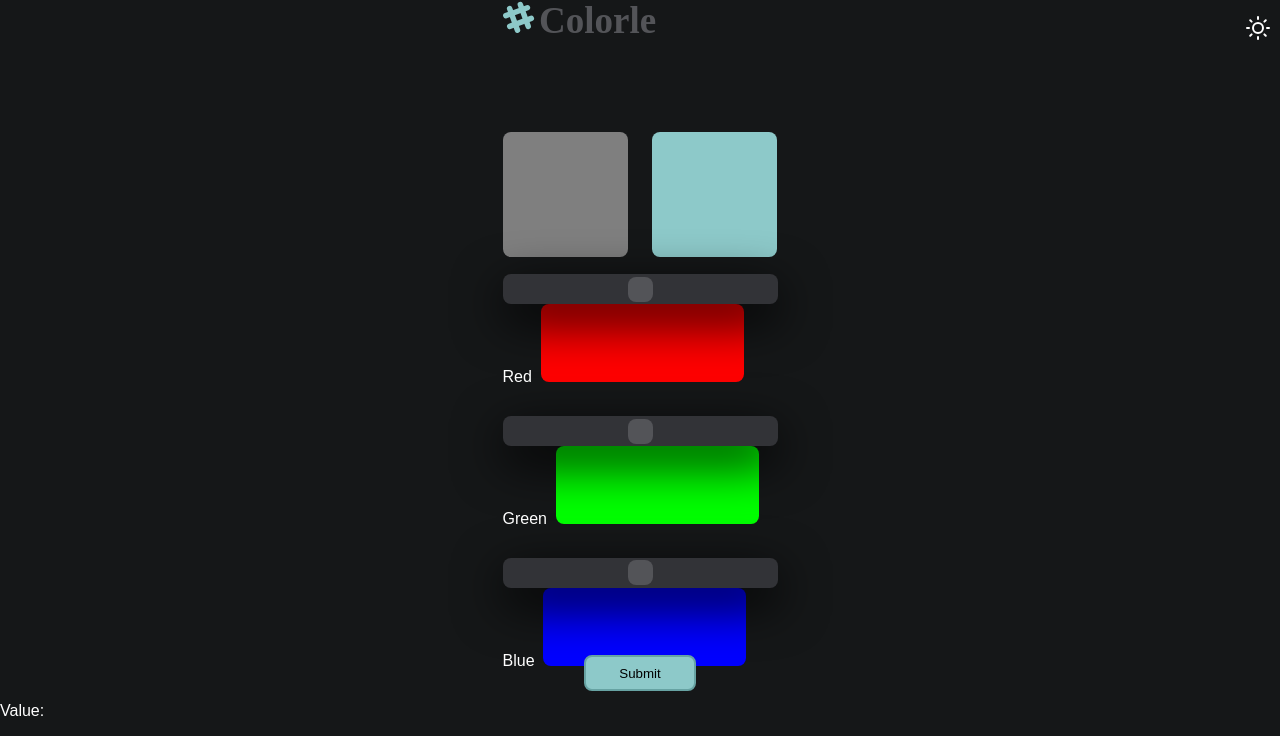
Repository: Artem-Melnik/Colorle
Page: index.html
An editor plug-in stored every save of this project. The page is shown before and after the next save, followed by the edit.
The browser window is 1280 px wide. The pictures show the whole page.

Above is the page before, as saved 2022-05-14 21:57:28.

### index.html
<!-- TODO: Change text/icon color -->
<!-- TODO: Represent guess correctness using Linear-style icons -->
<!-- TODO: Replace Colorle text logo with SVG/image due to font problems -->
<!-- TODO: Add textboxes where player can enter exact RGB values -->
<!DOCTYPE html>
<html>
  <head>
    <title>Parcel Sandbox</title>
    <link rel="stylesheet" href="styles.css">
    <meta charset="UTF-8" />
    <meta name="viewport" content="width=device-width" />
  </head>

  <script
    src="https://ajax.googleapis.com/ajax/libs/jquery/3.6.0/jquery.min.js"
    type="text/javascript"
  ></script>
  <script
    src="https://ajax.googleapis.com/ajax/libs/jqueryui/1.13.1/jquery-ui.min.js"
    type="text/javascript"
  ></script>
  <!-- Host feather icons locally and remove CDN? -->
  <script src="https://unpkg.com/feather-icons"></script>
  <script>
      feather.replace();
    </script>
  <script type="module" src="index.js" type="text/javascript"></script>

  <body>
    <div id="app"></div>
    <div class="topBar">
      <div id="header">
        <img id="logo" src="assets/logo.svg">
        <p id="title">Colorle</p>
      </div>
      <p>
        <button type="button" id="themeToggle">
          <img src="assets/sun-icon.svg">
          <!-- <i id="themeIcon" data-feather="sun"></i> -->
        </button>
      </p>
    </div>

    <div id="topColors">
      <div id="previewAll"></div>
      <div id="correctColor"></div>
    </div>
    <div id="redContainer">
      <input
        type="range"
        min="0"
        max="255"
        value="128"
        class="slider"
        id="sliderRed"
      />
      <p class="currentColor" id="currentRed">Red</p>
      <p class="rating" id="ratingRed"></p>
      <div id="previewRed"></div>
    </div>
    <div id="greenContainer">
      <input
        type="range"
        min="0"
        max="255"
        value="128"
        class="slider"
        id="sliderGreen"
      />
      <p class="currentColor" id="currentGreen">Green</p>
      <p class="rating" id="ratingGreen"></p>
      <div id="previewGreen"></div>
    </div>
    <div id="blueContainer">
      <input
        type="range"
        min="0"
        max="255"
        value="128"
        class="slider"
        id="sliderBlue"
      />
      <p class="currentColor" id="currentBlue">Blue</p>
      <p class="rating" id="ratingBlue"></p>
      <div id="previewBlue"></div>
    </div>
    <div class="guessText">
      <p>Value: <span id="guessColor"></span></p>
    </div>
    <div class="buttonContainer">
      <button type="button" id="submitButton">Submit</button>
    </div>
  </body>
</html>

### styles.css
body {
  font-family: sans-serif;
  margin: 0;
  background: #151718;
  color: #ffffff;
}

.lightTheme {
  background: #ffffff;
  color: #151718;
}

/* Changes the correctColor gradient to dark/black */
/* .correctColorDark {
  background-image: linear-gradient(
    to bottom,
    rgba(0, 0, 0, 0),
    rgba(0, 0, 0, 1) 100%
  ) !important;
} */

#header {
  display: block;
  position: relative;
  margin-left: auto;
  margin-right: auto;
  margin-bottom: 7%;
  width: 275px;
  height: 42px;
  align-items: center;
}

#logo {
  position: relative;
  justify-content: center;
  /* align-items: center; */
  margin: none;
  width: 32px;
  height: 32px;
}

#title {
  font-family: "Asap";
  font-style: normal;
  font-weight: 700;
  font-size: 37px;
  line-height: 42px;
  display: inline-block;
  /* align-items: center; */
  /* text-align: center; */
  color: #535458;
  margin: 0px;
}

#themeToggle {
  width: 25px;
  height: 25px;
  position: absolute;
  right: 15px;
  top: 15px;
  color: grey;
  background: none;
  border: none;
  transform: scale(1);
  transition: all 0.5s;
}

#themeToggle:hover {
  transform: scale(1.2);
}

#themeIcon {
  color: grey;
  width: 25px;
  height: 25px;
  transform: scale(1);
  transition: all 0.5s;
}

#themeIcon.animate {
  color: grey;
  transform: scale(0);
}

.transform-active {
  /* background-color: blue;
  animation-name: darkToLight;
  animation-duration: 1s; */
  color: #151718;
}

.transform {
  -webkit-transition: all 2s ease;
  -moz-transition: all 2s ease;
  -o-transition: all 2s ease;
  -ms-transition: all 2s ease;
  transition: all 2s ease;
}

/* @keyframes darkTolight {
  0% {
    color: #ffffff;
  }
  100% {
    color: #151718;
  }
} */

/* #previewId {
  width: 100px;
  height: 100px;
  background-color: var(color);
  border: solid black;
} */

/* correctColor gradient */
/* #correctColor {
  position: absolute;
  top: 0px;
  width: 100%;
  height: 25%;
  background-color: var(color);
  margin: auto;
  background-image: linear-gradient(
    to bottom,
    rgba(255, 255, 255, 0),
    rgba(255, 255, 255, 1) 100%
  );
  z-index: -1;
} */

#topColors {
  width: 275px;
  margin: auto;
}

#correctColor {
  display: inline-block;
  position: relative;
  width: 125px;
  height: 125px;
  border-radius: 8px;
  margin-left: 10px;
}

#previewAll {
  background-color: rgb(127, 127, 127);
  display: inline-block;
  position: relative;
  width: 125px;
  height: 125px;
  border-radius: 8px;
  order: 1;
  margin-right: 10px;
}

#redContainer,
#greenContainer,
#blueContainer {
  display: auto;
  justify-content: center;
  margin: auto;
  width: 275px;
}

#sliderRed,
#sliderGreen,
#sliderBlue {
  display: block;
  -webkit-appearance: none;
  -moz-appearance: none;
  appearance: none;
  background: #323337;
  width: 275px;
  height: 30px;
  top: 100px;
  border-radius: 8px;
  margin: auto;
  margin-top: 5%;
  filter: drop-shadow(0px 15px 25px #000000);
}

#sliderRed::-webkit-slider-thumb,
#sliderGreen::-webkit-slider-thumb,
#sliderBlue::-webkit-slider-thumb {
  -webkit-appearance: none;
  appearance: none;
  width: 25px;
  height: 25px;
  background: #535458;
  cursor: pointer;
  border-radius: 8px;
}

#currentRed,
#currentGreen,
#currentBlue,
#ratingRed,
#ratingGreen,
#ratingBlue {
  display: inline-block;
  position: relative;
}

#previewRed,
#previewGreen,
#previewBlue {
  display: inline-block;
  position: relative;
  width: 203px;
  height: 78px;
  /* background-color: var(color); */
  /* border: solid black; */
  border-radius: 8px;
  margin: auto;
  z-index: -1;
}

#previewRed {
  background-color: rgb(255, 0, 0);
}

#previewGreen {
  background-color: rgb(0, 255, 0);
}

#previewBlue {
  background-color: rgb(0, 0, 255);
}

.buttonContainer {
  display: flex;
  justify-content: center;
}

#submitButton {
  position: fixed;
  width: 112px;
  height: 36px;
  bottom: 4%;
  border: 2px solid;
  border-radius: 8px;
  transition: all 0.3s ease 0s;
}

#submitButton:hover {
  position: fixed;
  width: 112px;
  height: 36px;
  bottom: 4%;
  border: 2px solid;
  border-radius: 8px;
  filter: drop-shadow(0px 10px 15px #8dc9c980);
  transform: translateY(-5px);
}

#submitButton:active {
  position: fixed;
  width: 112px;
  height: 36px;
  bottom: 4%;
  border: 2px solid;
  border-radius: 8px;
  filter: drop-shadow(0px 10px 15px #8dc9c980);
  transform: translateY(-1px);
}

### index.js
// document.getElementById("sliderRange").innerHTML = `
// <div class="slidercontainer"></div>
// `;
// var root = document.querySelector(":root");
// var slider = document.getElementById("sliderRange");
// // Change "demo" to something else?
// var sliderRange = document.getElementById("demo");
// sliderRange.innerHTML = slider.value;
let correctRed = 141;
let correctGreen = 201;
let correctBlue = 201;

let red;
let green;
let blue;
// TODO: Split correctRGB into 3 seperate colors
let correctRgb =
  "rgb(" + correctRed + ", " + correctGreen + ", " + correctBlue + ")";

function changeColor() {
  red = document.getElementById("sliderRed").value;
  green = document.getElementById("sliderGreen").value;
  blue = document.getElementById("sliderBlue").value;

  document.getElementById("previewRed").style.backgroundColor =
    "rgb(" + red + ", 0, 0)";
  document.getElementById("previewGreen").style.backgroundColor =
    "rgb(0," + green + ", 0)";
  document.getElementById("previewBlue").style.backgroundColor =
    "rgb(0, 0," + blue + ")";

  document.getElementById("currentRed").textContent = red;
  document.getElementById("currentGreen").textContent = green;
  document.getElementById("currentBlue").textContent = blue;
}

// Shows guess color when submit button is clicked
// Also checks how close the guess is to the correct color
function onSubmit() {
  document.getElementById("previewAll").style.backgroundColor =
    "rgb(" + red + ", " + green + ", " + blue + ")";
  document.getElementById("guessColor").textContent =
    "rgb(" + red + ", " + green + ", " + blue + ")";

  // TODO: Optimize code for red, green, and blue checks
  // Check if red guess is correct
if (red == correctRed) {
  document.getElementById('ratingRed').innerText = "SS";
} else if ((red > correctRed - 6) && (red < correctRed + 6)) {
  document.getElementById('ratingRed').innerText = "S";
} else if ((red > correctRed - 12) && (red < correctRed + 12)) {
  document.getElementById('ratingRed').innerText = "A";
} else if ((red > correctRed - 24) && (red < correctRed + 24)) {
  document.getElementById('ratingRed').innerText = "B";
} else if ((red > correctRed - 48) && (red < correctRed + 48)) {
  document.getElementById('ratingRed').innerText = "C";
} else {
  document.getElementById('ratingRed').innerText = "D";
}

  // Does same thing as red check but for green
if (green == correctGreen) {
  document.getElementById('ratingGreen').innerText = "SS";
} else if ((green > correctGreen - 6) && (green < correctGreen + 6)) {
  document.getElementById('ratingGreen').innerText = "S";
} else if ((green > correctGreen - 12) && (green < correctGreen + 12)) {
  document.getElementById('ratingGreen').innerText = "A";
} else if ((green > correctGreen - 24) && (green < correctGreen + 24)) {
  document.getElementById('ratingGreen').innerText = "B";
} else if ((green > correctGreen - 48) && (green < correctGreen + 48)) {
  document.getElementById('ratingGreen').innerText = "C";
} else {
  document.getElementById('ratingGreen').innerText = "D";
}

  // Does same thing as red check but for blue
if (blue == correctBlue) {
  document.getElementById('ratingBlue').innerText = "SS";
} else if ((blue > correctBlue - 6) && (blue < correctBlue + 6)) {
  document.getElementById('ratingBlue').innerText = "S";
} else if ((blue > correctBlue - 12) && (blue < correctBlue + 12)) {
  document.getElementById('ratingBlue').innerText = "A";
} else if ((blue > correctBlue - 24) && (blue < correctBlue + 24)) {
  document.getElementById('ratingBlue').innerText = "B";
} else if ((blue > correctBlue - 48) && (blue < correctBlue + 48)) {
  document.getElementById('ratingBlue').innerText = "C";
} else {
  document.getElementById('ratingBlue').innerText = "D";
}

  // if ("rgb(" + red + "," + green + "," + blue + ")" === "rgb(141,201,201)") {
  //   alert("Correct!");
  // }
}

$("#themeToggle").click(function () {
  $("#themeIcon").toggleClass("animate");
});

function themeSwitch() {
  document.body.classList.toggle("lightTheme");
  document.getElementById("correctColor").classList.toggle("correctColorDark");
}

document.getElementById("correctColor").style.backgroundColor = correctRgb;
document.getElementById("submitButton").style.backgroundColor = correctRgb;
document.getElementById("submitButton").style.borderColor =
  "rgb(" +
  (correctRed - 38) +
  ", " +
  (correctGreen - 38) +
  ", " +
  (correctBlue - 38) +
  ")";

document.getElementById("sliderRed").addEventListener("input", changeColor);
document.getElementById("sliderGreen").addEventListener("input", changeColor);
document.getElementById("sliderBlue").addEventListener("input", changeColor);
document.getElementById("submitButton").addEventListener("click", onSubmit);
document.getElementById("themeToggle").addEventListener("click", themeSwitch);

// Plugs in sliderRange for green in RGB
// Outputs the value of the slider
// slider.oninput = function () {
//   sliderRange.innerHTML = this.value;
//   root.style.setProperty("--green", sliderRange);
//   alert(sliderRange);
// };

After the next save:
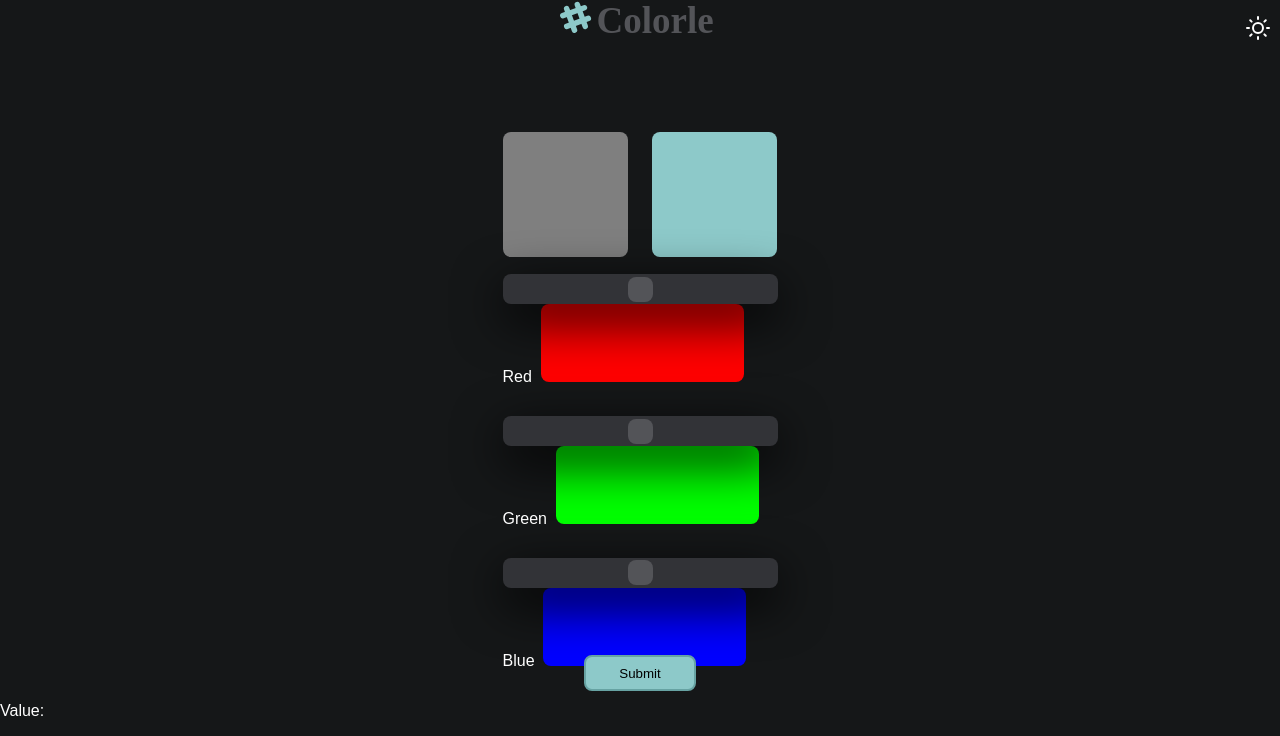
Saved 77 s later.
--- a/styles.css
+++ b/styles.css
@@ -25,7 +25,7 @@ body {
   margin-left: auto;
   margin-right: auto;
   margin-bottom: 7%;
-  width: 275px;
+  width: 160px;
   height: 42px;
   align-items: center;
 }
